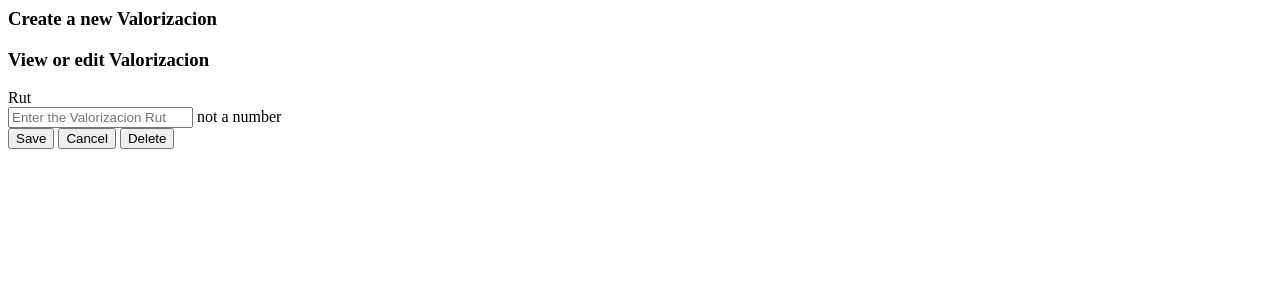
Repository: PabloRPalma/SistemaVentaSeguros
Page: Cotizador/src/main/webapp/views/Valorizacion/detail.html
An editor plug-in stored every save of this project. The page is shown before and after the next save, followed by the edit.
The browser window is 1280 px wide. The pictures show the whole page.

Above is the page before, as saved 2021-02-06 19:24:57.

After the next save:
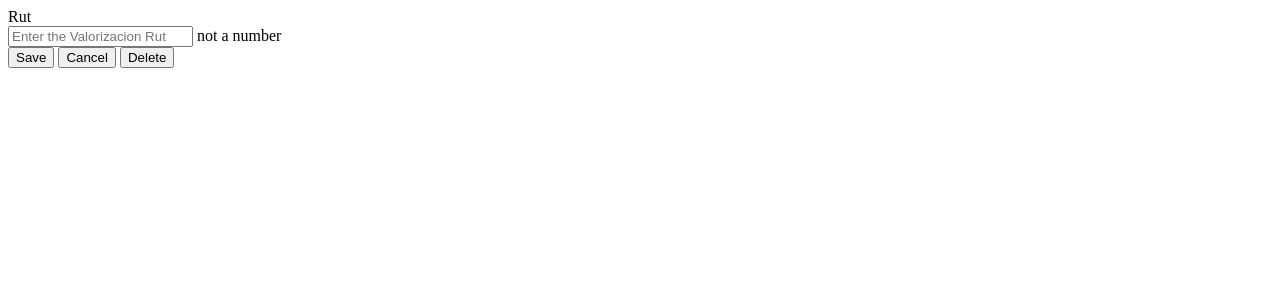
Saved 16 min 25 s later.
--- a/Cotizador/src/main/webapp/views/Valorizacion/detail.html
+++ b/Cotizador/src/main/webapp/views/Valorizacion/detail.html
@@ -1,6 +1,5 @@
 <header ng-switch on="$location.path().indexOf('/Valorizacions/new') > -1">
-    <h3 ng-switch-when="true">Create a new Valorizacion</h3>
-    <h3 ng-switch-when="false">View or edit Valorizacion</h3>
+
 </header>
 <form id="ValorizacionForm" name="ValorizacionForm" class="form-horizontal" role="form">
 
